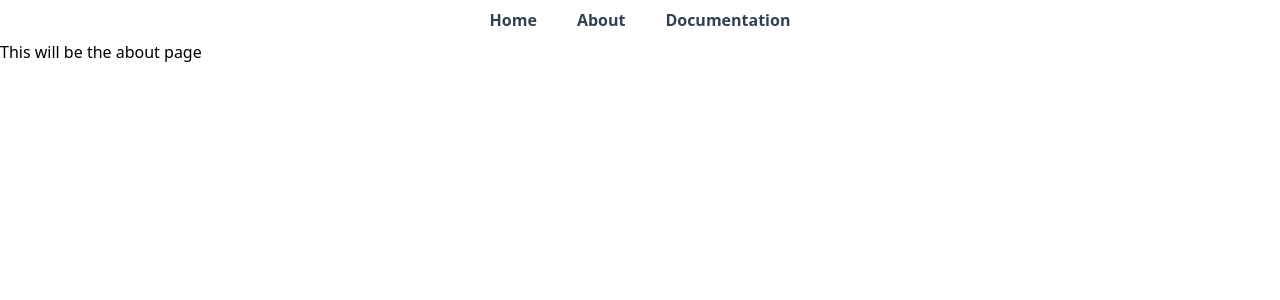
Repository: my-code-pot/courseview
Page: /about
The author's editor kept a copy of each file at every save. The page is drawn from the files as they stood at one save, then again after the next save.
The browser window is 1280 px wide. The pictures show the whole page.
The project was rebuilt for these pictures with package versions that can differ from the ones it lists, and the page was loaded fresh each time. The framework's server and built-in components were replaced by stand-ins that run in the browser. Also part of the build but not shown: next.config.js.

Above is the page before, as saved 2022-02-06 21:44:39.

### pages/_app.js
import Layout from "../components/Layout";
import "../styles/global.css";
import { createGlobalStyle, ThemeProvider } from "styled-components";

const GlobalStyle = createGlobalStyle`
  body {
    margin: 0;
    padding: 0;
    box-sizing: border-box;
  }
`;

const theme = {
  colors: {
    primary: "#0070f3",
  },
};

function MyApp({ Component, pageProps }) {
  return (
    <>
      <GlobalStyle />
      <ThemeProvider theme={theme}>
        <Layout>
        <Component {...pageProps} />
        </Layout>
      </ThemeProvider>
    </>
  );
}

export default MyApp;

### pages/about.js
import React from "react";

const about = () => {
  return <div>This will be the about page</div>;
};

export default about;

### components/Layout.js
import React from 'react';
import Navbar from './Navbar'
import Footer from './Footer'

const Layout = ({children}) => {
  return (
    <div>
        <Navbar />
        {children}
        <Footer />
    </div>
  )
};

export default Layout;

### styles/global.css

@import "tailwindcss/tailwind.css";

@import "tailwindcss/base";
@import "tailwindcss/components";
@import "tailwindcss/utilities";

### components/Navbar.js
import React from "react";
import styled from "styled-components";
import Link from "next/link";

const Navbar = () => {
  return (
    <nav className="flex justify-center space-x-4">
      <Link href="/">
        <a
          href=""
          className="font-bold px-3 py-2 text-slate-700 rounded-lg hover:bg-slate-100 hover:text-slate-900"
        >
          Home
        </a>
      </Link>
      <a
        href="/about"
        className="font-bold px-3 py-2 text-slate-700 rounded-lg hover:bg-slate-100 hover:text-slate-900"
      >
        About
      </a>
      <a
        href="/doc"
        className="font-bold px-3 py-2 text-slate-700 rounded-lg hover:bg-slate-100 hover:text-slate-900"
      >
        Documentation
      </a>
    </nav>
  );
};

export default Navbar;

Loaded but not shown: pages/_document.js (common file); components/Footer.js (common file); tailwind.config.js (common file)

After the next save:
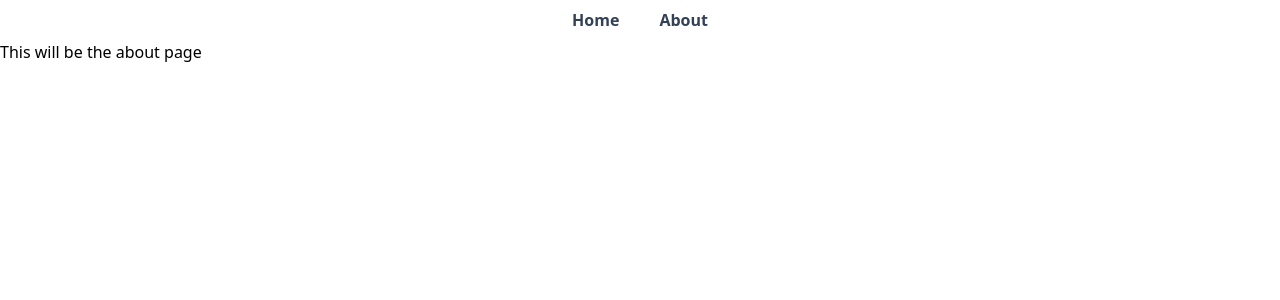
Saved 27 s later.
--- a/components/Navbar.js
+++ b/components/Navbar.js
@@ -19,12 +19,6 @@ const Navbar = () => {
       >
         About
       </a>
-      <a
-        href="/doc"
-        className="font-bold px-3 py-2 text-slate-700 rounded-lg hover:bg-slate-100 hover:text-slate-900"
-      >
-        Documentation
-      </a>
     </nav>
   );
 };
